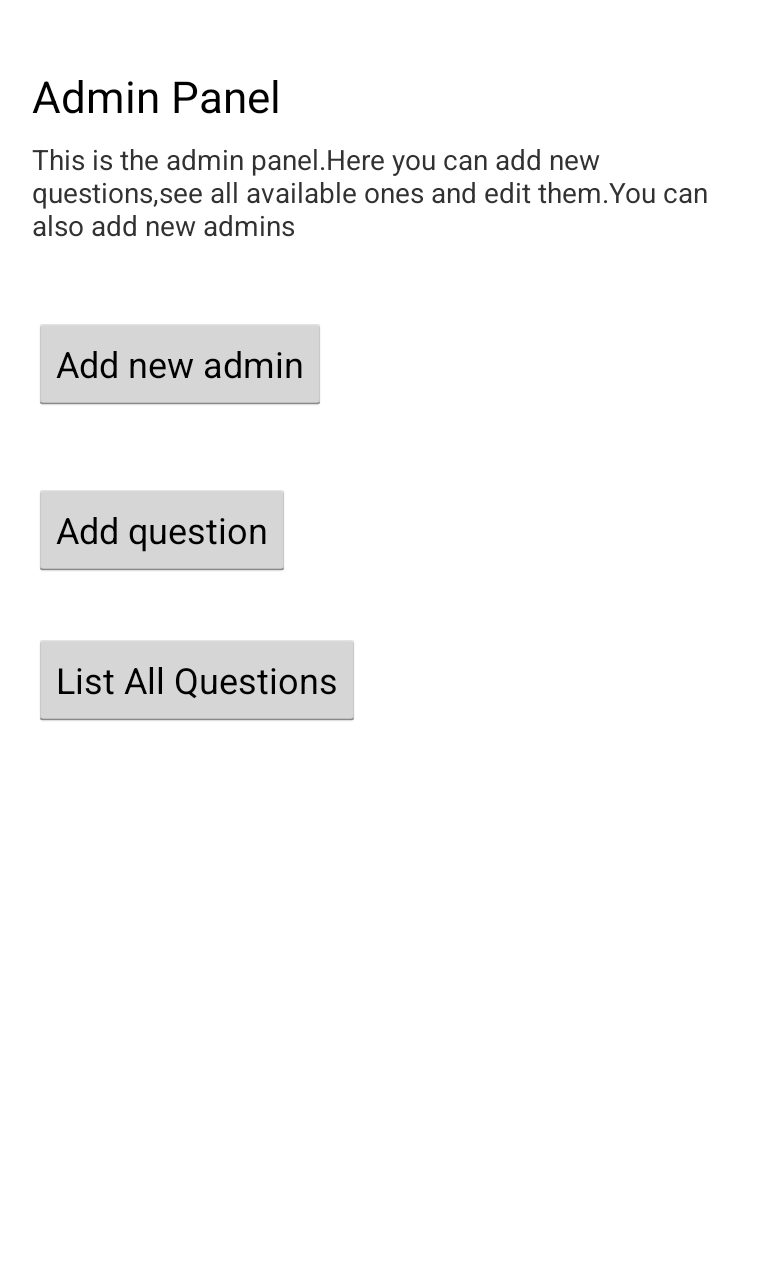
Repository: Sharkeysps/AndroidProjects
Layout: AndroidQuiz/Quiz/res/layout/activity_admin_panel.xml
The author's editor kept a copy of each file at every save. The layout is drawn from the files as they stood at one save, then again after the next save.
It is drawn on a 768 x 1280 px phone screen (xhdpi) without system bars, with theme AppTheme; the app's code is not run.

Above is the layout before, as saved 2014-02-01 06:16:51.

After the next save:
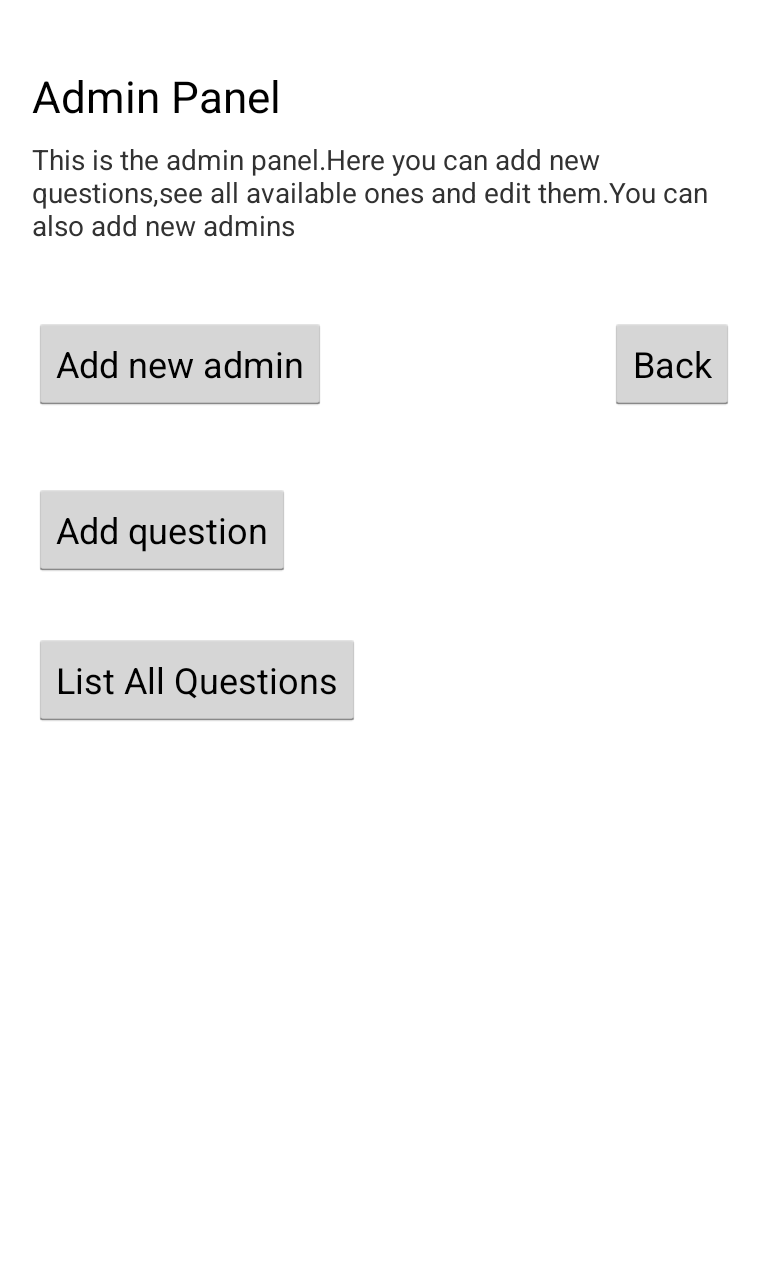
Saved 51 s later.
--- a/AndroidQuiz/Quiz/res/layout/activity_admin_panel.xml
+++ b/AndroidQuiz/Quiz/res/layout/activity_admin_panel.xml
@@ -54,4 +54,12 @@
         android:layout_marginTop="27dp"
         android:text="List All Questions" />
 
+    <Button
+        android:id="@+id/backToLoginBtn"
+        android:layout_width="wrap_content"
+        android:layout_height="wrap_content"
+        android:layout_alignBottom="@+id/addAdmin"
+        android:layout_alignRight="@+id/textView2"
+        android:text="Back" />
+
 </RelativeLayout>
